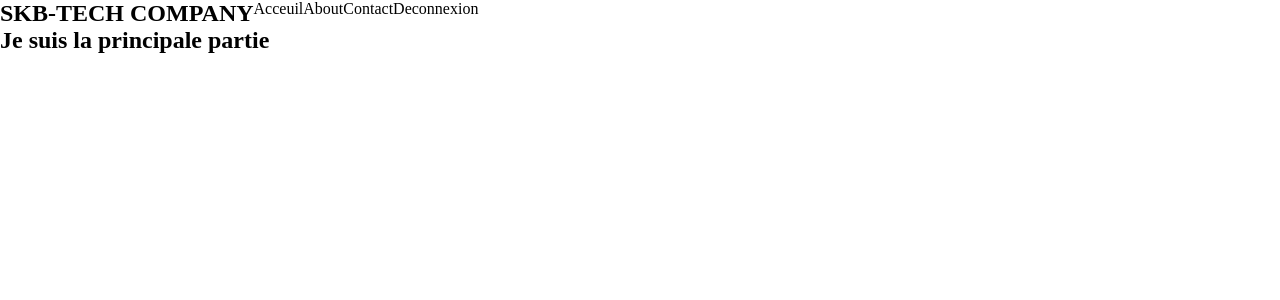
Repository: SKB-TECH/projetExpress
Page: http://localhost/
An editor plug-in stored every save of this project. The page is shown before and after a run of saves, followed by the edit.
The browser window is 1280 px wide. The pictures show the whole page.
The page is served by the project's Node server (server.js).

Above is the page before, as saved 2022-10-21 15:15:47.

After the next 4 saves:
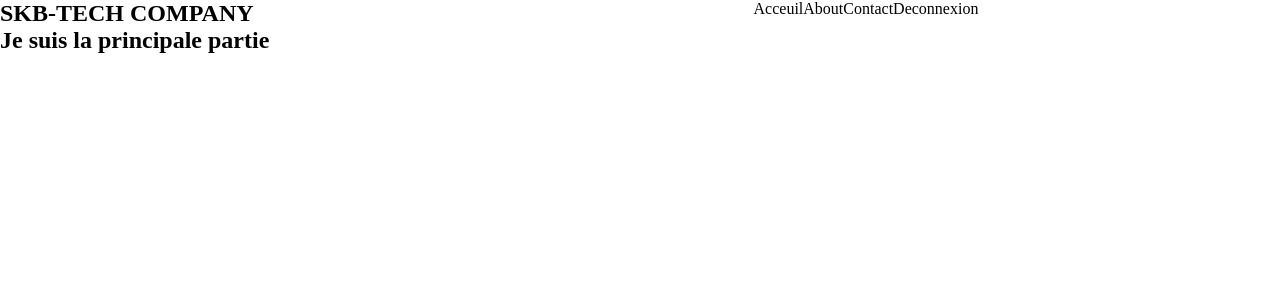
The 4 saves are shown as one change because they came seconds apart.
The last was saved 20 s later.
--- a/assets/css/style.css
+++ b/assets/css/style.css
@@ -13,6 +13,7 @@ nav {
     display: flex;
     flex-direction: row;
     justify-content: space-between;
+    gap: 500px;
 }
 
 ul {
